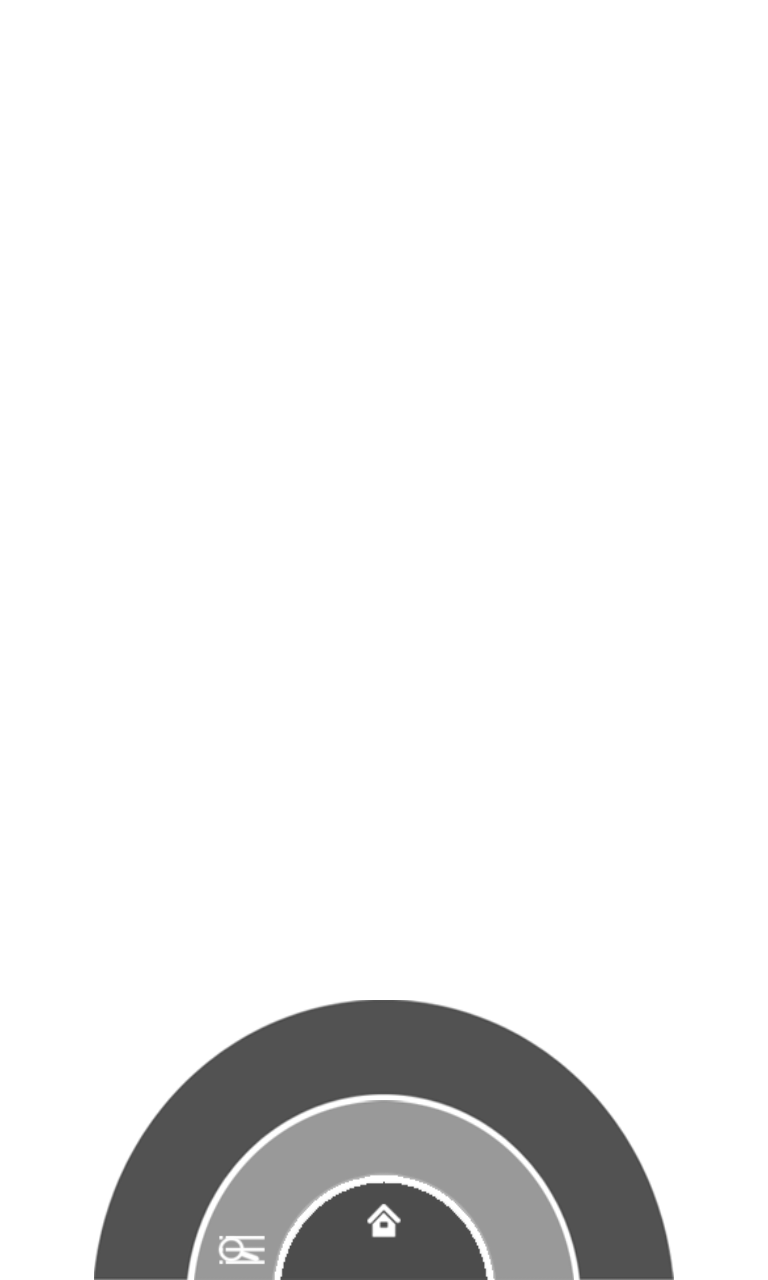
Repository: ASmouse/View
Layout: 02_UkuDemo14/res/layout/activity_main.xml
These files come from the project's save history. The layout is drawn as it stood at one moment and after the next save; the edit follows.
It is drawn on a 768 x 1280 px phone screen (xhdpi) without system bars, with theme AppTheme; the app's code is not run.

Above is the layout before, as saved 2015-10-24 03:00:52.

After the next save:
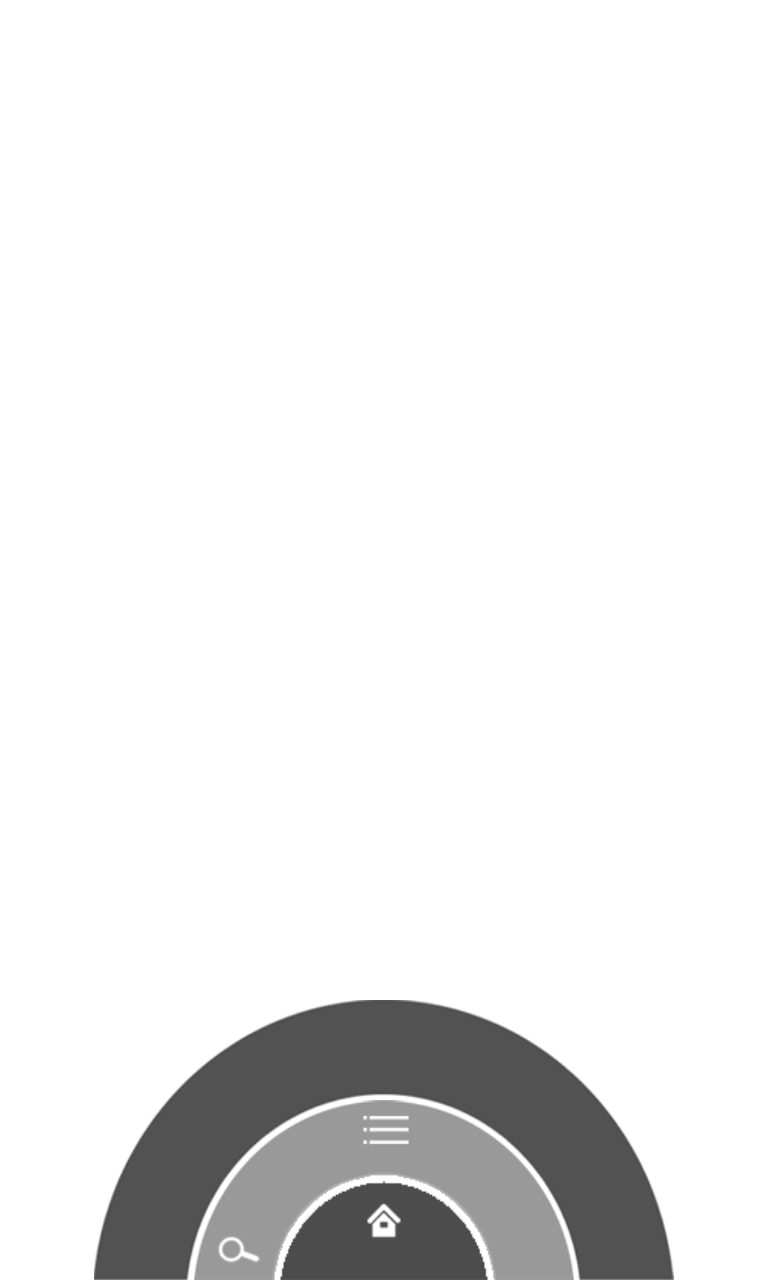
Saved 13 s later.
--- a/02_UkuDemo14/res/layout/activity_main.xml
+++ b/02_UkuDemo14/res/layout/activity_main.xml
@@ -42,8 +42,7 @@
 
         <!--菜单  -->
         <ImageView
-            android:layout_marginLeft="8dip"
-            android:layout_alignParentBottom="true"
+            android:layout_centerHorizontal="true"
             android:layout_width="wrap_content"
             android:layout_height="wrap_content"
             android:src="@drawable/icon_menu" />
